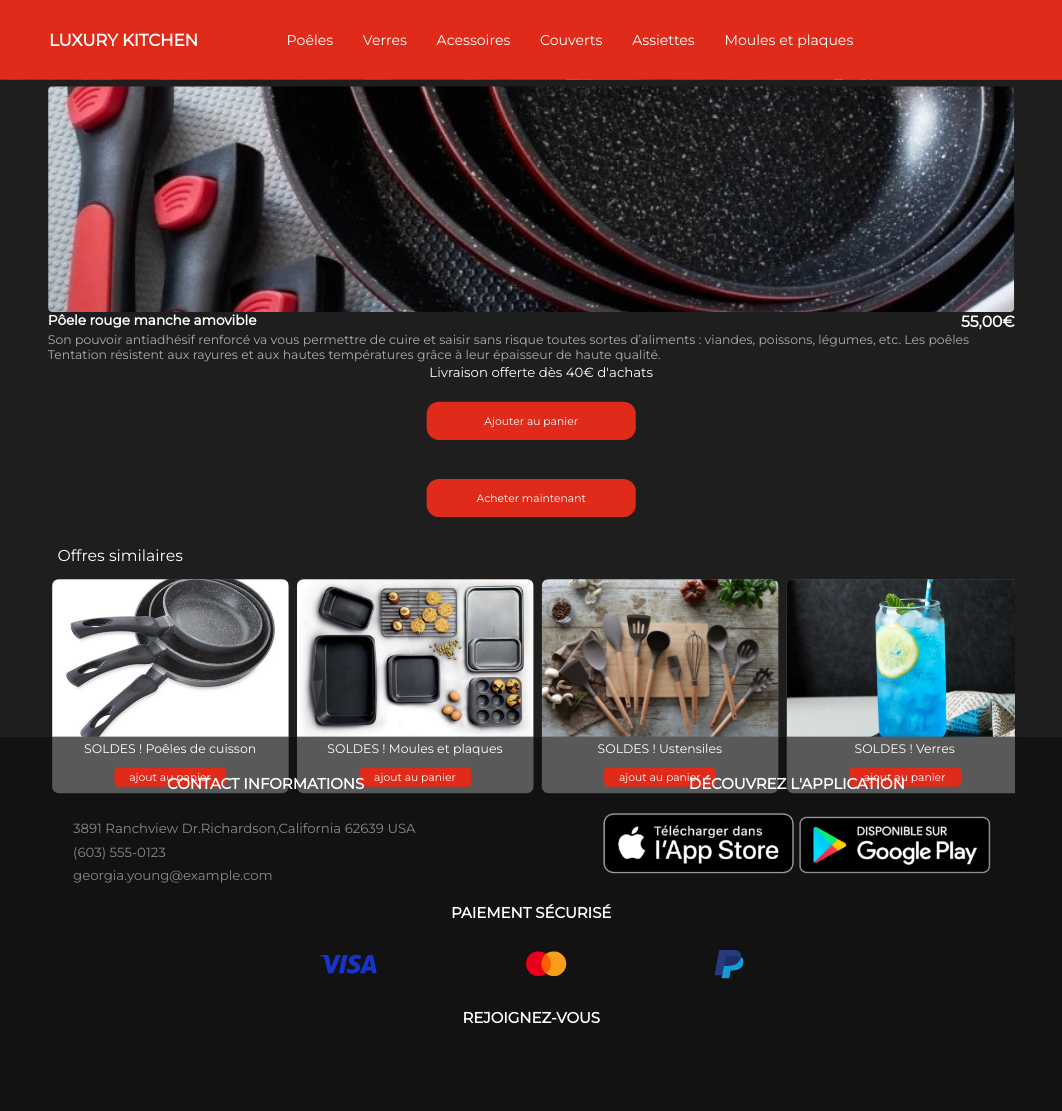
Repository: Juannpl/Luxury-Kicthen
Page: html/page_produits.html
The author's editor kept a copy of each file at every save. The page is drawn from the files as they stood at one save, then again after a run of saves.
The browser window is 1280 px wide. The pictures show the whole page, at 83% of full size.
Some icons come from a web library that is not loaded, so they are not drawn.

Above is the page before, as saved 2023-02-15 15:16:28.

After the next 2 saves:
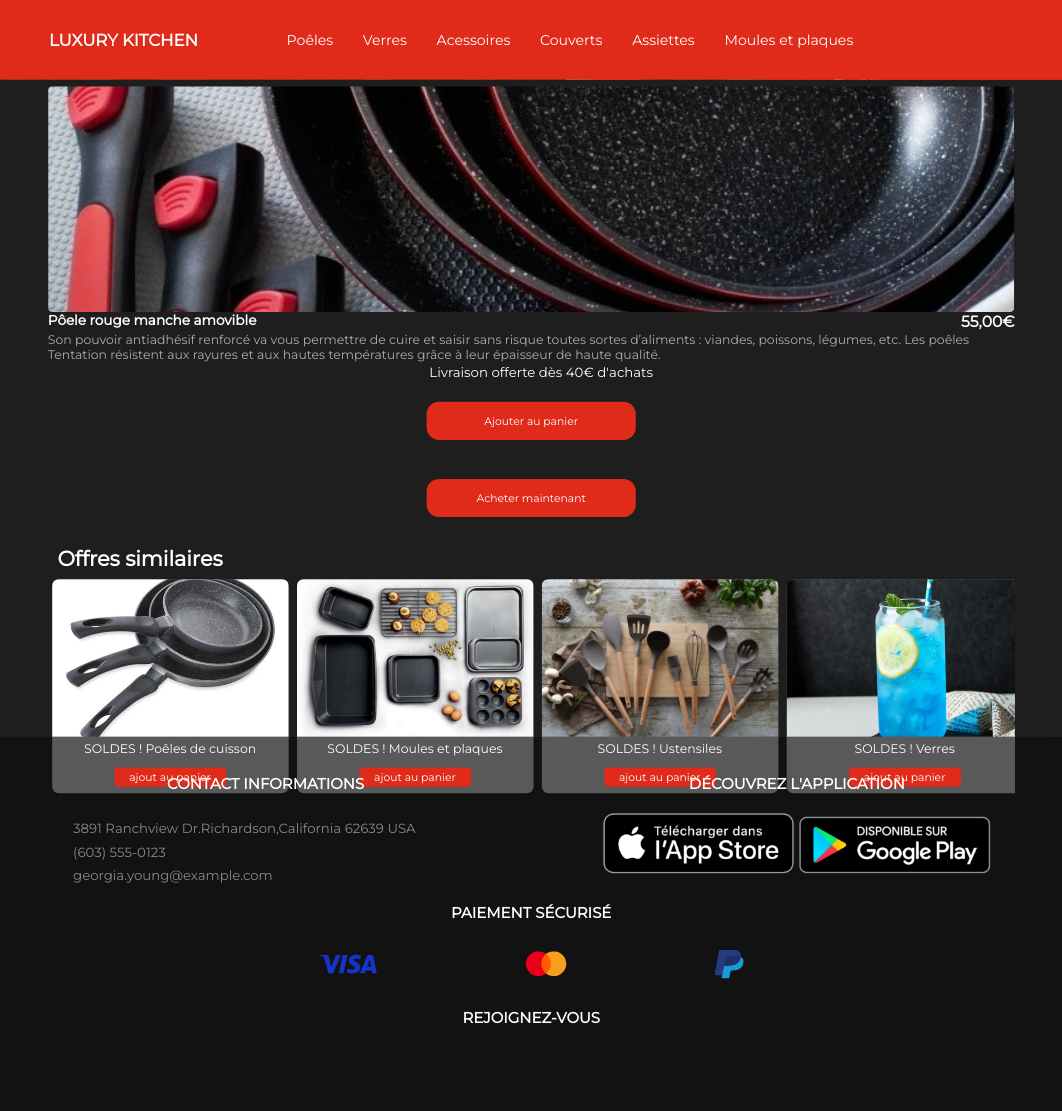
The 2 saves are shown as one change because they came seconds apart.
The last was saved 21 s later.
--- a/css/page_produits.css
+++ b/css/page_produits.css
@@ -366,8 +366,8 @@
 
 .titre h1{
     font-family: Montserrat;
-    font-size: 19px;
-    font-weight: 500;
+    font-size: 25px;
+    font-weight: 600;
 }
 
 .controle{
